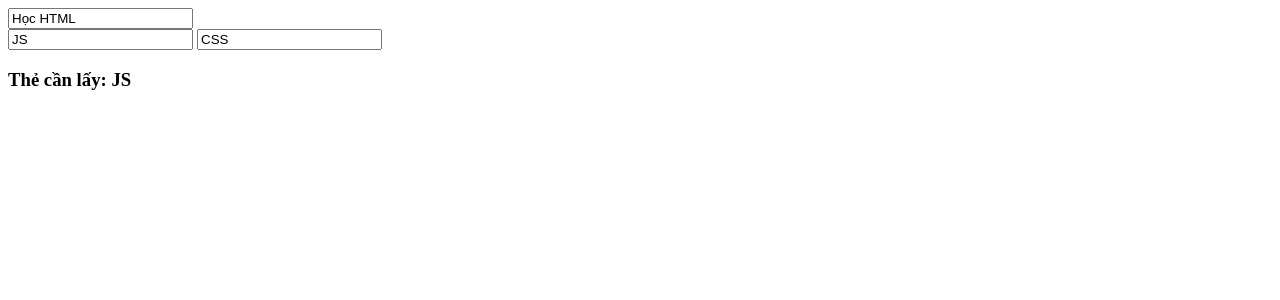
Repository: Pr-DuyTam/HTML-CSS-JS-PHP
Page: Javascript/Lập trình hướng đối tượng trong JS/Tìm thẻ HTML theo cú pháp của Selector CSS(47).htm
The author's editor kept a copy of each file at every save. The page is drawn from the files as they stood at one save, then again after the next save.
The browser window is 1280 px wide. The pictures show the whole page.

Above is the page before, as saved 2023-08-18 09:00:34.

After the next save:
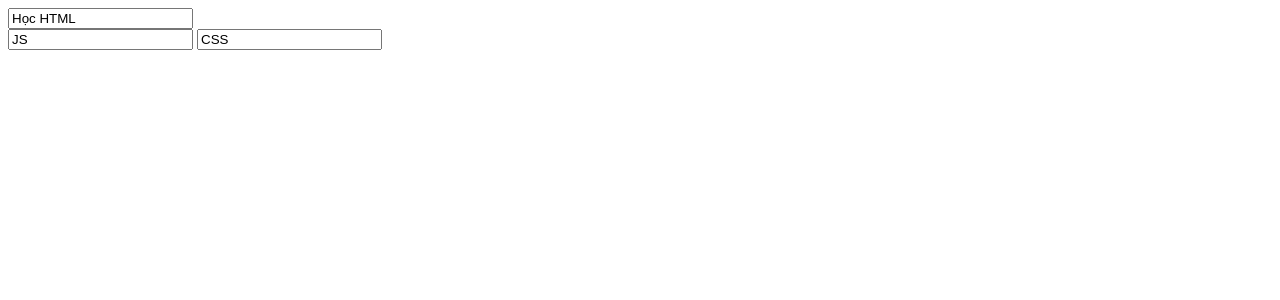
Console error: TypeError: Cannot read properties of undefined (reading 'value')
Saved 33 s later.
--- a/Javascript/Lập trình hướng đối tượng trong JS/Tìm thẻ HTML theo cú pháp của Selector CSS(47).htm
+++ b/Javascript/Lập trình hướng đối tượng trong JS/Tìm thẻ HTML theo cú pháp của Selector CSS(47).htm
@@ -14,7 +14,7 @@
 
     <script>
         var a = document.querySelectorAll("div input.a2");
-        document.write('<h3> Thẻ cần lấy: ' + a[0].value + '</h3>');
+        document.write('<h3> Thẻ cần lấy: ' + a[1].value + '</h3>');
     </script>
 </body>
 </html>

After the save that followed:
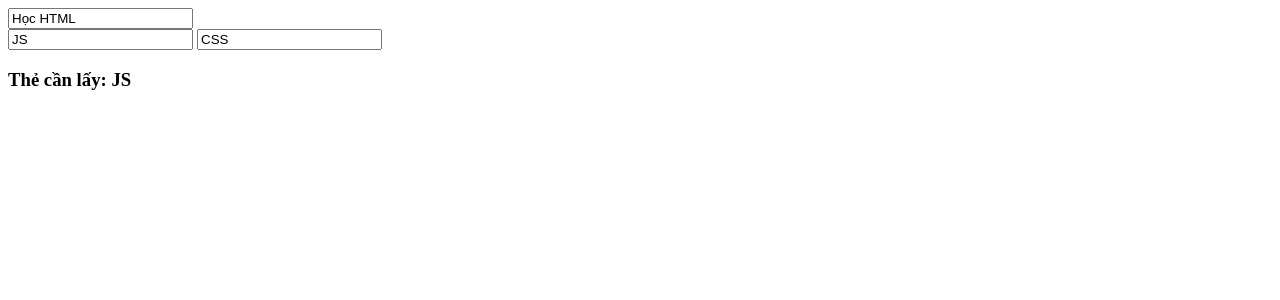
The error is gone.
Saved 14 s later.
--- a/Javascript/Lập trình hướng đối tượng trong JS/Tìm thẻ HTML theo cú pháp của Selector CSS(47).htm
+++ b/Javascript/Lập trình hướng đối tượng trong JS/Tìm thẻ HTML theo cú pháp của Selector CSS(47).htm
@@ -14,7 +14,7 @@
 
     <script>
         var a = document.querySelectorAll("div input.a2");
-        document.write('<h3> Thẻ cần lấy: ' + a[1].value + '</h3>');
+        document.write('<h3> Thẻ cần lấy: ' + a[0].value + '</h3>');
     </script>
 </body>
 </html>
